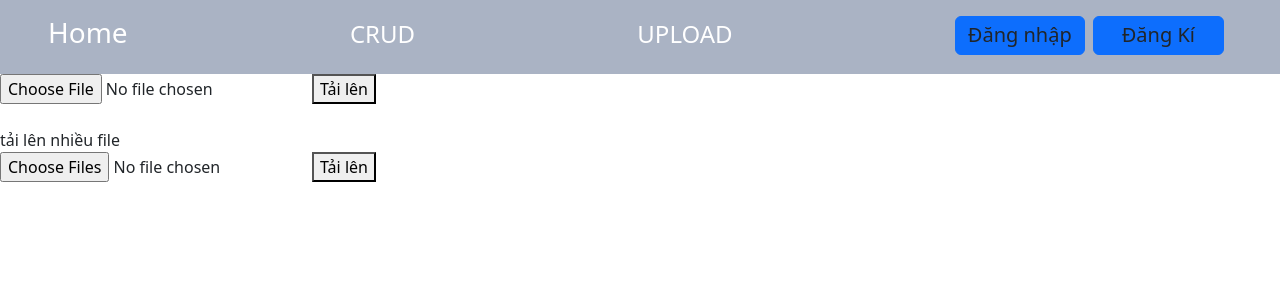
Repository: tung1999zxc/vue-project
Page: /upload
These files come from the project's save history. The page is drawn as it stood at one moment and after the next save; the edit follows.
The browser window is 1280 px wide. The pictures show the whole page.
The project was rebuilt for these pictures with package versions that can differ from the ones it lists, and the page was loaded fresh each time. Also part of the build but not shown: vite.config.ts, src/components/test.vue, src/components/footer1.vue, src/views/HomeView.vue, src/components/login.vue, src/components/Regis.vue, src/components/crud.vue.

Above is the page before, as saved 2023-08-08 09:47:31.

### index.html
<!DOCTYPE html>
<html lang="en">
  <head>
    <meta charset="UTF-8">
    <meta name="viewport" content="width=device-width, initial-scale=1.0">
    <title>Vite App</title>
  </head>
  <body>
    <div id="app"><div></div></div>
    <script type="module" src="/src/main.js"></script>

  </body>
</html>

### src/main.js


import { createApp } from 'vue';
import { createPinia } from 'pinia';



import App from './App.vue'
import router from './router/index'
import store from './store/index'
import axios from 'axios';

import 'bootstrap/dist/css/bootstrap.css'

// const isAuthenticated = localStorage.getItem('token');
// if (isAuthenticated !== null) {
//   store.commit('SET_AUTHENTICATION', isAuthenticated === 'true');
// }

const app = createApp(App)
app.use(createPinia())
app.use(router)
app.use(store)
axios.defaults.headers.common['Authorization'] = `Bearer ${localStorage.getItem('token')}`;
app.mount('#app')

### src/App.vue
<template>
  <Menu/>
  <router-view></router-view>



</template>
<script setup lang="ts">
import axios from 'axios';
import { RouterLink, RouterView } from 'vue-router'
import Menu from './components/Menu.vue'


//import login from './components/login.vue'

// export default {
//   components: {
//     Menu,login2
//   },
// };

</script>

<style scoped>

</style>

### src/router/index.js
import { createRouter, createWebHistory } from 'vue-router'
import HomeView from '../views/HomeView.vue'
import Login from '../components/Login.vue'
import Regis from '../components/Regis.vue'
import crud from '../components/crud.vue'
import upload from '../components/upload.vue'


const router = createRouter({
  history: createWebHistory(import.meta.env.BASE_URL),
  routes : [
    {path: '/',component: HomeView,},
    {path: '/login',component:Login,},
    {path: '/Regis',component: Regis,},
    {path: '/crud',component: crud,},
    {path: '/upload',component: upload,},


  ]
})

export default router

### src/store/index.js
// store/index.js

import { createStore } from 'vuex'
import Vuex from 'vuex';
import auth from './auth';



const store = new Vuex.Store({
  modules: {
    auth, // Thêm Vuex module vào store với tên auth
  },
});

export default store;

### src/components/Menu.vue
<template>
    <div>
      <div class="justify-content-between d-flex px-5 py-3 " style="background: #aab3c4; ">


        <div class="h3"><router-link class="text-white text-decoration-none" to="/">Home</router-link></div>
        <div class="h4 mt-1"><router-link class="text-white text-decoration-none" to="/crud">CRUD</router-link></div>
        <div class="h4 mt-1"><router-link class="text-white text-decoration-none" to="/upload">UPLOAD</router-link></div>


        <div class=""><div v-if="!isAuthenticated" class="btn btn-primary mr-2 " >
          <router-link class="text-dark h5 text-decoration-none " to="/Login">Đăng nhập</router-link></div>
         <div v-else class="btn btn-danger " >
          <div @click="handleLogout">Đăng xuất</div></div>
         <div class="btn btn-primary mx-2"  v-show="!isAuthenticated"><router-link class=" h5 px-3 text-dark text-decoration-none" to="/Regis">Đăng Kí</router-link></div></div>

    </div>

    </div>
  </template>

  <script>
  import 'bootstrap/dist/css/bootstrap.css';
  import { mapState, mapGetters , mapMutations ,mapActions} from 'vuex';
  export default {
    computed: {
    ...mapGetters('auth', ['isAuthenticated','userinfo']),
  },
    methods: {
      ...mapMutations('auth', ['SET_AUTHENTICATED']),
      ...mapActions('auth', ['login', 'logout']),
    // handleLogin() {
    //   this.login(); // Call the login action to set isAuthenticated to true
    // },
    handleLogout() {
      this.logout(); // Call the logout action to set isAuthenticated to false
    },


        logoutUser(){
      // Xóa mã thông báo JWT khỏi localStorage khi đăng xuất
      localStorage.removeItem('token');
      // Hoặc đặt lại giá trị isAuthenticated về false khi đăng xuất
      this.SET_AUTHENTICATED = null;
      alert('đăng xuất thành  công');



    },
    },

  };
  </script>

  <style scoped>


  </style>

### src/components/upload.vue
<template>
  <div>
    <input type="file" ref="fileInput" @change="handleFileChange" />
    <button @click="uploadFile">Tải lên</button> <br><br>
    tải lên nhiều file <br>
    <input type="file" ref="fileInput" @change="handleFileChange" multiple />
    <button @click="uploadFiles">Tải lên</button>

  </div>
</template>

<script>
export default {
  data() {
    return {
      selectedFile: null,
    };
  },
  methods: {
    handleFileChange(event) {
      this.selectedFile = event.target.files[0];
      // this.selectedFiles = event.target.files;
    },
    async uploadFile() {
      if (this.selectedFile) {
        const formData = new FormData();
        formData.append('file', this.selectedFile);

      //   const formData = new FormData();
      //   for (let i = 0; i < this.selectedFiles.length; i++) {
      //   formData.append('files', this.selectedFiles[i]);
      // }

        try {
          const response = await fetch('https://example.com/api/upload', {
            method: 'POST',
            body: formData,
          });

          if (response.ok) {
            console.log('Tải tệp lên thành công.');
          } else {
            console.error('Lỗi khi tải tệp lên.');
          }
        } catch (error) {
          console.error('Lỗi kết nối:', error);
        }
      } else {
        console.warn('Vui lòng chọn tệp cần tải lên.');
      }
    },
  },
};
</script>

### src/store/auth.js
const state = {
  isAuthenticated: localStorage.getItem('token'),
  userinfo: JSON.parse(localStorage.getItem('userinfo')),

  // Các thông tin người dùng khác nếu cần
};

const getters = {
  isAuthenticated: state => state.isAuthenticated,
  userinfo: state => state.userinfo,

  // Các getters khác nếu cần
};
  const mutations = {
    SET_AUTHENTICATED(state, value) {
      state.isAuthenticated = value;
    },
    SET_USERINFO(state, value) {
      state.userinfo = value;

    },
    // Các mutations khác nếu cần
  };
  import axios from 'axios';
  import router from '../router/index';
  const actions = {
    login({ commit }, { username, password }) {

      axios.post('https://api.tranhai.net/api/auth/login', {
      username: username,
      password: password
    })
    .then(response => {
      const data = response.data;
      localStorage.setItem('token', data.access_token);
      commit('SET_AUTHENTICATED', localStorage.getItem('token'));

      axios.get('https://api.tranhai.net/api/userinfo/me'
      // {
      //   headers: {
      //     Authorization: 'Bearer ' + localStorage.getItem('token'),
      //   }}
        )
      .then(response=>{
        localStorage.setItem('userinfo', JSON.stringify(response.data));

      })
      .catch(error =>{
        alert('lấy thông tin thất bại');
      })

      // console.log(data)
      // this.token = data.access_token;
    })
    .catch(error => {
      // Xử lý lỗi đăng nhập
      console.error(error);

      alert('Đăng nhập thất bại!');

    });

    //
    //

        },


      logout({ commit }) {
        localStorage.removeItem('token');
        localStorage.removeItem('userinfo');
          commit('SET_AUTHENTICATED', localStorage.getItem('token'));
          commit('SET_USERINFO', {});
          alert('đăng xuất thành  công');
        },

  };


  export default {
    namespaced: true,
    state,
    mutations,
    actions,
    getters,
  };

After the next save:
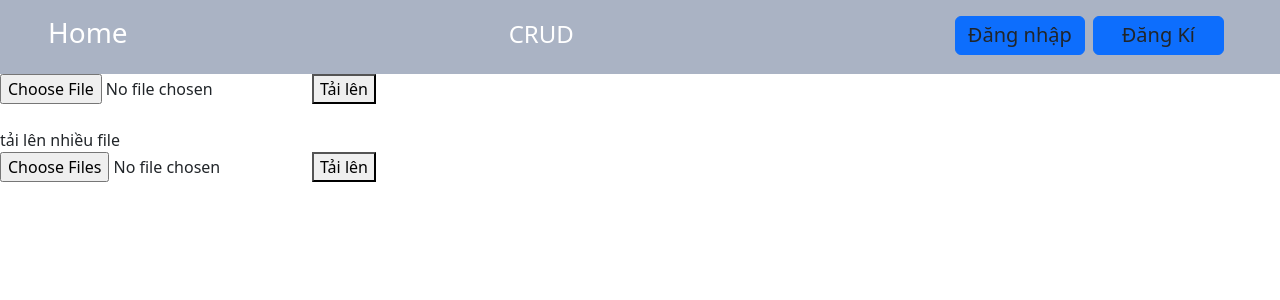
Saved 2 min 52 s later.
--- a/src/components/Menu.vue
+++ b/src/components/Menu.vue
@@ -5,7 +5,7 @@
 
         <div class="h3"><router-link class="text-white text-decoration-none" to="/">Home</router-link></div>
         <div class="h4 mt-1"><router-link class="text-white text-decoration-none" to="/crud">CRUD</router-link></div>
-        <div class="h4 mt-1"><router-link class="text-white text-decoration-none" to="/upload">UPLOAD</router-link></div>
+        <!-- <div class="h4 mt-1"><router-link class="text-white text-decoration-none" to="/upload">UPLOAD</router-link></div> -->
 
 
         <div class=""><div v-if="!isAuthenticated" class="btn btn-primary mr-2 " >
